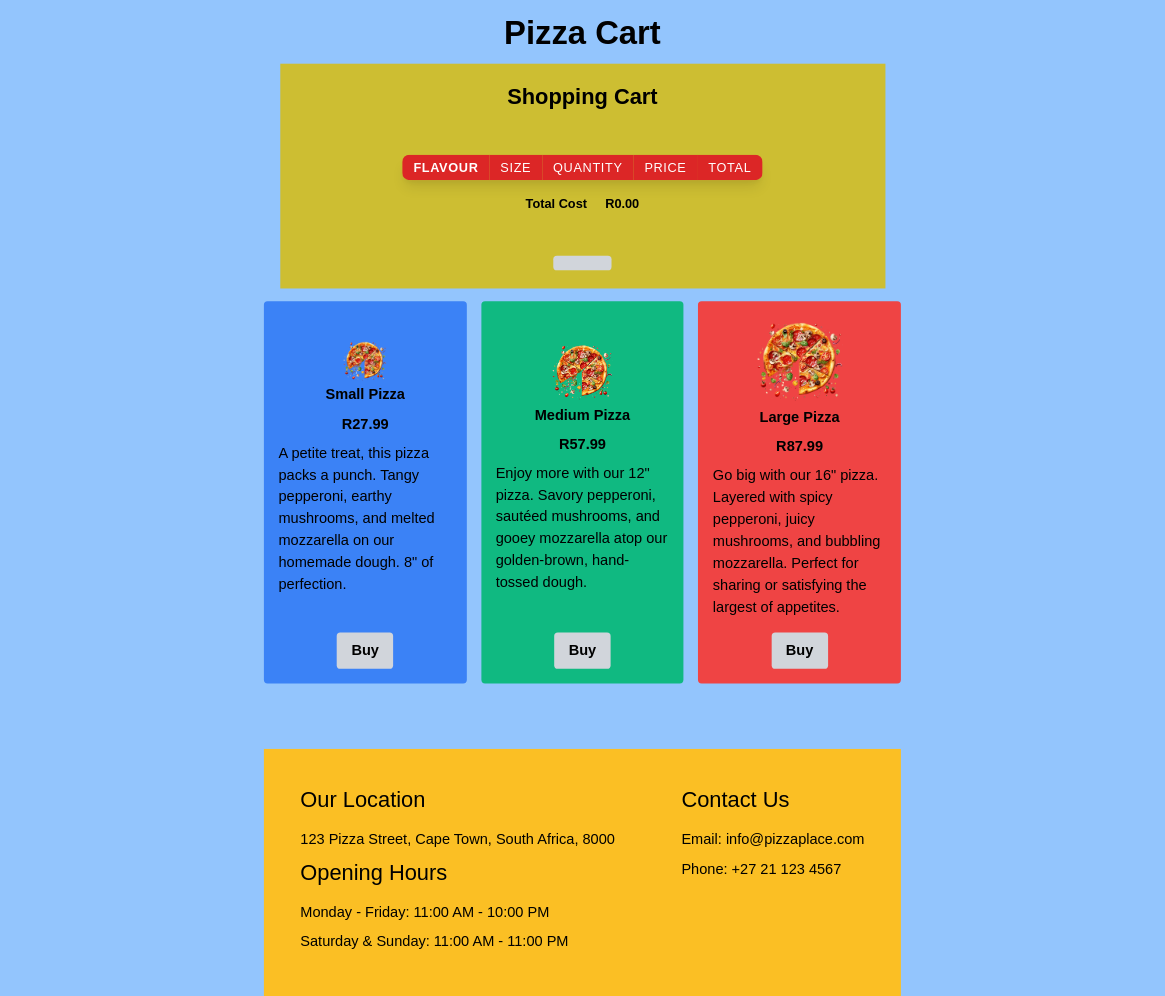
Repository: lasity34/pizza-cart-with-api
Page: index.html
The author's editor kept a copy of each file at every save. The page is drawn from the files as they stood at one save, then again after the next save.
The browser window is 1280 px wide. The pictures show the whole page, at 91% of full size.
The page's requests for data from a server got no answer. Some web fonts or font styles are not loaded; a fallback is used. Some web libraries are served in a nearby version.

Above is the page before, as saved 2023-07-14 10:54:11.
Console error (its wording comes from the project's code and is left out).

### index.html
<!DOCTYPE html>
<html lang="en">
  <head>
    <meta charset="UTF-8" />
    <meta name="viewport" content="width=device-width, initial-scale=1.0" />
    <title>Pizza Cart</title>
    <script src="//unpkg.com/alpinejs" defer></script>
    <link
      href="https://cdn.jsdelivr.net/npm/tailwindcss@2.1.2/dist/tailwind.min.css"
      rel="stylesheet"
    />
    <script
      src="https://cdnjs.cloudflare.com/ajax/libs/axios/1.4.0/axios.min.js"
      integrity="sha512-uMtXmF28A2Ab/JJO2t/vYhlaa/3ahUOgj1Zf27M5rOo8/+fcTUVH0/E0ll68njmjrLqOBjXM3V9NiPFL5ywWPQ=="
      crossorigin="anonymous"
      referrerpolicy="no-referrer"
    ></script>
    <link href="./style.css" rel="stylesheet" />
    <link rel="preconnect" href="https://fonts.googleapis.com" />
    <link rel="preconnect" href="https://fonts.gstatic.com" crossorigin />
    <link
      href="https://fonts.googleapis.com/css2?family=Titillium+Web:ital@0;1&family=Tsukimi+Rounded:wght@300;400;500&display=swap"
      rel="stylesheet"
    />
  </head>
  <body x-data="pizzaCart" class="bg-blue-300" x-cloak>
    <section class="flex justify-center items-center">
      <h1 class="text-4xl pt-4 font-bold">Pizza Cart</h1>
    </section>

    <section
  class="shop-container my-3 sm:my-4 p-4 sm:p-5 flex flex-col text-xs sm:text-sm justify-center items-center"
>
  <h2 class="text-xl sm:text-2xl mb-2 font-bold">Shopping Cart</h2>
  <div class="mt-4 flex flex-col items-center">
    <div>
        <section class="mt-6">
            <table class="table-auto w-full rounded-lg overflow-hidden shadow-lg max-w-md mx-auto">
                <thead class="bg-red-600">
                    <tr>
                        <th class="px-2 sm:px-3 py-1 text-left text-xs sm:text-sm font-bold font-medium text-white uppercase tracking-wider">Flavour</th>
                        <th class="px-2 sm:px-3 py-1 text-left text-xs sm:text-sm font-medium text-white uppercase tracking-wider">Size</th>
                        <th class="px-2 sm:px-3 py-1 text-left text-xs sm:text-sm font-medium text-white uppercase tracking-wider">Quantity</th>
                        <th class="px-2 sm:px-3 py-1 text-left text-xs sm:text-sm font-medium text-white uppercase tracking-wider">Price</th>
                        <th class="px-2 sm:px-3 py-1 text-left text-xs sm:text-sm font-medium text-white uppercase tracking-wider">Total</th>
                    </tr>
                </thead>
                <tbody class="bg-yellow-100 divide-y divide-gray-200 overflow-auto max-h-48 sm:max-h-56">

                    <template x-for="pizza in cartPizzas">
                        <tr>
                          <td class="px-1 sm:px-2 py-1 whitespace-nowrap font-bold text-xs sm:text-sm text-gray-500" x-text="pizza.flavour"></td>

                            <td class="px-2 sm:px-3 py-1 whitespace-nowrap font-bold text-xs sm:text-sm text-gray-500" x-text="pizza.size"></td>
                            <td class="px-2 sm:px-3 py-1 whitespace-nowrap font-bold text-xs sm:text-sm text-gray-500">
                                <div class="flex items-center justify-center">
                                    <button
                                        @click="addPizzaToCart(pizza.id)"
                                        class="bg-gray-200 hover:bg-gray-300 text-gray-800 font-bold py-1 px-2 sm:px-3 rounded-l"
                                    >
                                        +
                                    </button>
                                    <div x-text="pizza.qty" class="mx-1 sm:mx-2"></div>
                                    <button
                                        @click="removePizzaFromCart(pizza.id)"
                                        class="bg-gray-200 hover:bg-gray-300 text-gray-800 font-bold py-1 px-2 sm:px-3 rounded-r"
                                    >
                                        -
                                    </button>
                                </div>
                            </td>
                            <td class="px-2 sm:px-3 py-1 whitespace-nowrap text-xs sm:text-sm font-bold text-gray-500">
                                R<span x-text="pizza.price"></span>
                            </td>
                            <td class="px-2 sm:px-3 py-1 whitespace-nowrap text-xs sm:text-sm font-bold text-gray-500">
                                R<span x-text="(pizza.qty * pizza.price).toFixed(2)"></span>
                            </td>
                        </tr>
                    </template>
                </tbody>
            </table>
        </section>
    </div>
    <div class="flex justify-center mt-2 sm:mt-4">
      <p class="font-bold">Total Cost</p>
      <p class="ml-3 sm:ml-5 font-bold">
        R<span x-text="(cartTotal).toFixed(2)">0.00</span>
      </p>
    </div>
    <div class="mt-2 sm:mt-4">
      <span x-html="payMessage"></span>
    </div>

    <div class="mt-2 sm:mt-4" x-show="total() !== 0" x-cloak>
      <label class="font-bold">Payment Amount:</label>
      <input
        placeholder="Enter payment here"
        type="number"
        step="0.01"
        class="rounded ml-1 sm:ml-2 py-1 sm:py-2"
        x-model="paymentAmount"
      />
    </div>
    <div class="mt-3 sm:mt-6">
      <button
        x-cloak
        @click="payForCart()"
        class="bg-gray-300 hover:bg-gray-400 py-1 sm:py-2 px-4 sm:px-8 rounded font-bold"
      >
        <span x-text="total() === 0 ? 'Pay' : 'Checkout'"></span>
      </button>
    </div>
  </div>
</section>




    <section class="pizza_columns">
      <div
        class="flex flex-col gap-4 mx-auto items-center lg:items-stretch lg:flex-row justify-center"
      >
        <div
          class="flex bg-blue-500 rounded p-4 w-4/5 lg:w-4/5 flex-grow flex-shrink flex flex-col justify-between text-black items-center"
        >
          <div class="flex-grow flex flex-col items-center justify-center">
            <img src="./pizza.png" width="50" />
            <h3 class="mb-2 font-bold">Small Pizza</h3>
            <h3 class="mb-2 font-bold">R27.99</h3>
            <p class="mb-4">
              A petite treat, this pizza packs a punch. Tangy pepperoni, earthy
              mushrooms, and melted mozzarella on our homemade dough. 8" of
              perfection.
            </p>
          </div>
          <button
            @click="buy('small')"
            :disabled="smallAdded"
            class="bg-gray-300 hover:bg-gray-400 transition-colors duration-300 py-2 px-4 rounded font-bold"
          >
            Buy
          </button>
        </div>
        <div
          class="pizza_md bg-green-500 rounded p-4 w-4/5 lg:w-4/5 flex-grow flex-shrink flex flex-col justify-between text-black items-center"
        >
          <div class="flex-grow flex flex-col items-center justify-center">
            <img src="./pizza.png" width="70" />
            <h3 class="mb-2 font-bold">Medium Pizza</h3>
            <h3 class="mb-2 font-bold">R57.99</h3>
            <p class="mb-4">
              Enjoy more with our 12" pizza. Savory pepperoni, sautéed
              mushrooms, and gooey mozzarella atop our golden-brown, hand-tossed
              dough.
            </p>
          </div>
          <button
            @click="buy('medium')"
            :disabled="mediumAdded"
            class="bg-gray-300 hover:bg-gray-400 transition-colors duration-300 py-2 px-4 rounded font-bold"
          >
            Buy
          </button>
        </div>
        <div
          class="pizza_lg bg-red-500 rounded p-4 w-4/5 lg:w-4/5 flex-grow flex-shrink flex flex-col justify-between text-black items-center"
        >
          <div class="flex-grow flex flex-col items-center justify-center">
            <img src="./pizza.png" width="100" />
            <h3 class="mb-2 font-bold">Large Pizza</h3>
            <h3 class="mb-2 font-bold">R87.99</h3>
            <p class="mb-4">
              Go big with our 16" pizza. Layered with spicy pepperoni, juicy
              mushrooms, and bubbling mozzarella. Perfect for sharing or
              satisfying the largest of appetites.
            </p>
          </div>
          <button
            @click="buy('large')"
            :disabled="largeAdded"
            class="bg-gray-300 hover:bg-gray-400 transition-colors duration-300 py-2 px-4 rounded font-bold"
          >
            Buy
          </button>
        </div>
      </div>
    </section>
    <!-- all pizzas display -->
    <section class="mt-8">
        <div class="flex flex-col items-center">
            <template x-for="pizza in pizzas">
                <div class="flex items-center border-b border-gray-200 bg-yellow-200 shadow-lg rounded-lg px-4 py-4 my-3 w-full max-w-xl">
                    <div class="w-24 h-24 flex-shrink-0">
                        <img src="./pizza.png" class="w-full h-full object-cover rounded-lg" />
                    </div>
                    <div class="ml-4 flex-grow flex justify-between w-3/4 items-center">
                        <h5 class="ml-2 text-lg font-bold text-black" x-text="pizza.flavour"></h5>
                        <p class="text-lg text-black mt-5 mb-4 mr-6 font-bold">R<span x-text="pizza.price"></span></p>
                    </div>
                    <div>
                        <button @click="addPizzaToCart(pizza.id)" class="bg-gray-600 hover:bg-gray-700 text-white font-bold py-2 px-4 rounded">Buy</button>
                    </div>
                </div>
            </template>
        </div>
    </section>



    <footer class="bg-yellow-400 text-black mt-10 p-10">
      <div class="container mx-auto flex justify-between">
        <div>
          <h2 class="text-2xl mb-4">Our Location</h2>
          <p class="mb-2">123 Pizza Street, Cape Town, South Africa, 8000</p>

          <h2 class="text-2xl mb-4">Opening Hours</h2>
          <p class="mb-2">Monday - Friday: 11:00 AM - 10:00 PM</p>
          <p class="mb-2">Saturday & Sunday: 11:00 AM - 11:00 PM</p>
        </div>
        <div>
          <h2 class="text-2xl mb-4">Contact Us</h2>
          <p class="mb-2">Email: info@pizzaplace.com</p>
          <p class="mb-2">Phone: +27 21 123 4567</p>
        </div>
      </div>
    </footer>

    <div
      x-show="show"
      x-transition:enter="transition ease-out duration-300"
      x-transition:enter-start="opacity-0 transform scale-90"
      x-transition:enter-end="opacity-100 transform scale-100"
      x-transition:leave="transition ease-in duration-300"
      x-transition:leave-start="opacity-100 transform scale-100"
      x-transition:leave-end="opacity-0 transform scale-90"
      class="fixed inset-0 flex items-center justify-center z-50"
    >
      <div class="bg-green-800 text-white rounded p-5 shadow-lg">
        <p x-text="message"></p>
      </div>
    </div>

    <script src="./pizza.js"></script>
  </body>
</html>

### style.css

body {
    max-width: 700px;
    margin: 0 auto;

font-family: 'Tsukimi Rounded', sans-serif;
}

.shop-container {
    background-color: rgb(205, 190, 50);
    max-width: 95%;
    margin: 1em auto;
}

input::-webkit-outer-spin-button,
input::-webkit-inner-spin-button {
  -webkit-appearance: none;
  margin: 0;
}

input[type="number"] {
  -moz-appearance: textfield;
 text-indent: 10px;
}

[x-cloak] { display: none; }

### pizza.js
function pizzaCart() {
  return {
    quantity: 0,
    paymentAmount: 0,
    message: "",
    payMessage: "",
    smallAdded: false,
    mediumAdded: false,
    largeAdded: false,
    show: false,
    prices: {
      small: 27.99,
      medium: 57.99,
      large: 87.99,
    },
    lastMessageAdded: "",

    pizzas: [],
    username: "bjorn",
    cartId: "jI0VaxiP9k",
    cartPizzas: [],
    cartTotal: 0.0,
    // increment(size) {
    //   if (size === "small" && this.smallAdded) {
    //     this.smallAmount++;
    //   } else if (size === "medium" && this.mediumAdded) {
    //     this.mediumAmount++;
    //   } else if (size === "large" && this.largeAdded) {
    //     this.largeAmount++;
    //   }
    // },
    // buy(size) {
    //   if (size === "small") {
    //     this.smallAdded = true;
    //     this.smallAmount++; // increment the small pizza count
    //     this.message = "Small Pizza has been added";
    //   } else if (size === "medium") {
    //     this.mediumAdded = true;
    //     this.mediumAmount++; // increment the medium pizza count
    //     this.message = "Medium Pizza has been added";
    //   } else if (size === "large") {
    //     this.largeAdded = true;
    //     this.largeAmount++; // increment the large pizza count
    //     this.message = "Large Pizza has been added";
    //   }
    //   this.toggleModal();
    // },
    // decrement(size) {
    //   if (size === "small" && this.smallAmount > 0 && this.smallAdded) {
    //     this.smallAmount--;
    //     if (this.smallAmount === 0) this.smallAdded = false;
    //   }
    //   if (size === "medium" && this.mediumAmount > 0 && this.mediumAdded) {
    //     this.mediumAmount--;
    //     if (this.mediumAmount === 0) this.mediumAdded = false;
    //   }
    //   if (size === "large" && this.largeAmount > 0 && this.largeAdded) {
    //     this.largeAmount--;
    //     if (this.largeAmount === 0) this.largeAdded = false;
    //   }
    // },
    // total() {
    //   return (
    //     this.smallAmount * this.prices.small +
    //     this.mediumAmount * this.prices.medium +
    //     this.largeAmount * this.prices.large
    //   );
    // },
    // paymentTotal() {
    //   if (this.paymentAmount < this.total()) {
    //     this.payMessage = `<p class='flex bg-red-600 text-white py-2 px-4 font-bold text-lg my-3 py-1'>R${(
    //       this.total() - this.paymentAmount
    //     ).toFixed(2)} is needed</p>`;
    //     setTimeout(() => {
    //       this.payMessage = "";
    //     }, 2000);
    //   } else if (this.paymentAmount > this.total()) {
    //     this.payMessage = `<p class='flex bg-red-600 text-white py-2 px-4 font-bold text-lg my-3 py-1'>There is R${(
    //       this.paymentAmount - this.total()
    //     ).toFixed(2)} too much</p>`;
    //     setTimeout(() => {
    //       this.payMessage = "";
    //     }, 2000);
    //   } else if (this.paymentAmount == this.total() && this.total() !== 0) {
    //     this.payMessage =
    //       "<p class='flex bg-green-600 text-white py-2 px-4 font-bold text-lg my-3 py-1'>Enjoy your pizzas<p>";
    //     this.reset();
    //     setTimeout(() => {
    //       this.payMessage = "";
    //     }, 2000);
    //   }
    // },
    toggleModal() {
      this.show = !this.show;
      if (this.show) {
        setTimeout(() => {
          this.show = false;
        }, 2000); // Close after 2 seconds
      }
    },
    reset() {
      this.smallAmount = 0;
      this.mediumAmount = 0;
      this.largeAmount = 0;
      this.paymentAmount = 0;
      this.message = "";

      this.smallAdded = false;
      this.mediumAdded = false;
      this.largeAdded = false;
      this.show = false;
    },

    // API

    getCart() {
      const getCartURL = `https://pizza-api.projectcodex.net/api/pizza-cart/${this.cartId}/get`;

      return axios.get(getCartURL);
    },
    addPizza(pizzaId) {
      return axios.post(
        "https://pizza-api.projectcodex.net/api/pizza-cart/add",
        {
          cart_code: this.cartId,
          pizza_id: pizzaId,
        }
      );
    },
    removePizza(pizzaId) {
      return axios.post(
        "https://pizza-api.projectcodex.net/api/pizza-cart/remove",
        {
          cart_code: this.cartId,
          pizza_id: pizzaId,
        }
      );
    },
    pay(amount) {
      axios.post("https://pizza-api.projectcodex.net//api/pizza-cart/pay", {
        cart_code: this.cartId,
        amount: 200,
      });
    },
    showCartData() {
      this.getCart().then((result) => {
        const cartData = result.data;
        this.cartPizzas = cartData.pizzas;
        this.cartTotal = cartData.total;
      });
    },
    init() {
      axios
        .get("https://pizza-api.projectcodex.net/api/pizzas")
        .then((result) => {
          this.pizzas = result.data.pizzas;
        });

      this.showCartData();
    },
    addPizzaToCart(pizzaId) {
      this.addPizza(pizzaId).then(() => {
        this.showCartData();
      });
    },
    removePizzaFromCart(pizzaId) {
      this.removePizza(pizzaId).then(() => {
        this.showCartData();
      });
    },
    payCart() {
      this.payMessage
    }
  };
}

document.addEventListener("alpine:init", () => {
  Alpine.data("pizzaCart", pizzaCart);
});

After the next save:
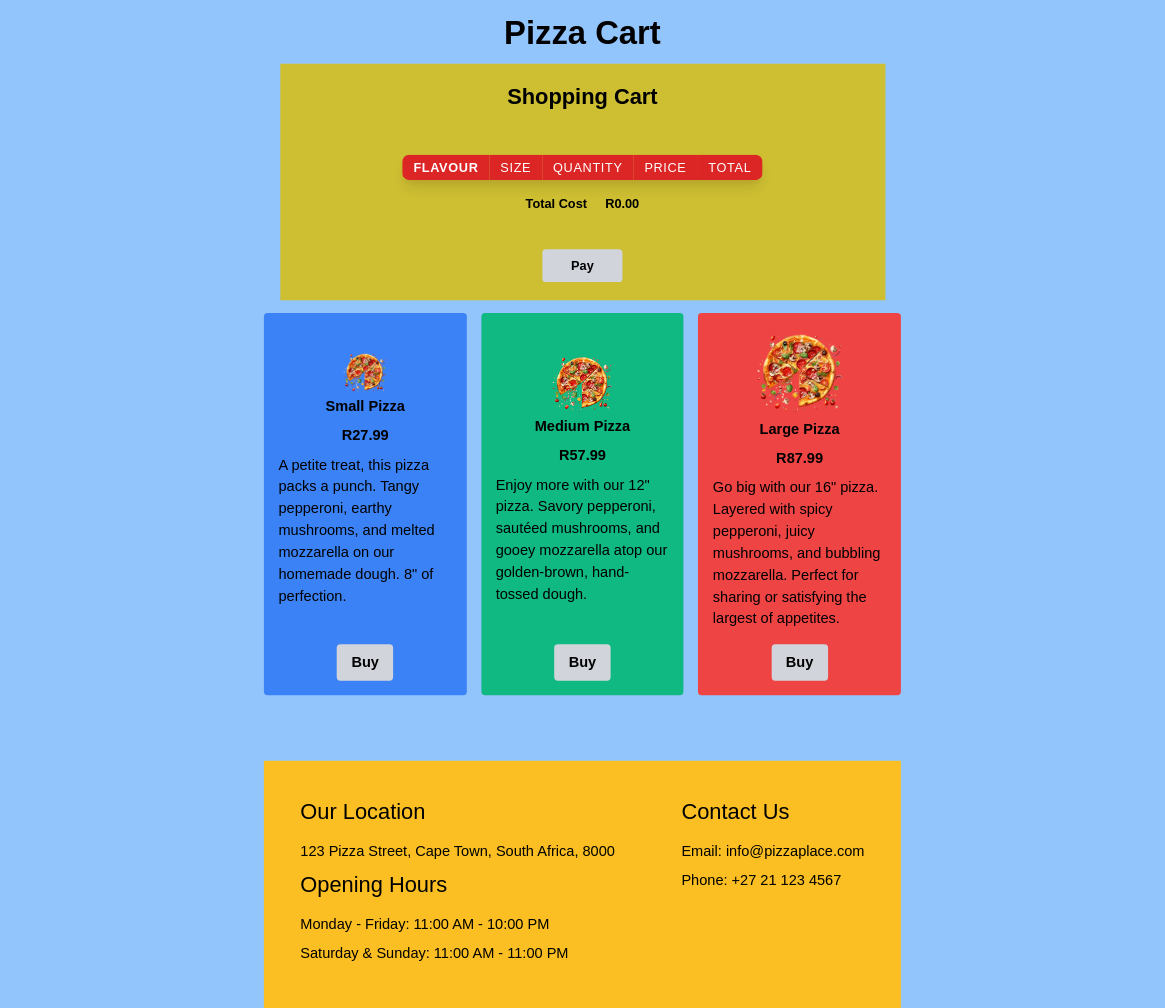
Saved 16 s later.
--- a/index.html
+++ b/index.html
@@ -107,7 +107,7 @@
         @click="payForCart()"
         class="bg-gray-300 hover:bg-gray-400 py-1 sm:py-2 px-4 sm:px-8 rounded font-bold"
       >
-        <span x-text="total() === 0 ? 'Pay' : 'Checkout'"></span>
+        <span>Pay</span>
       </button>
     </div>
   </div>
